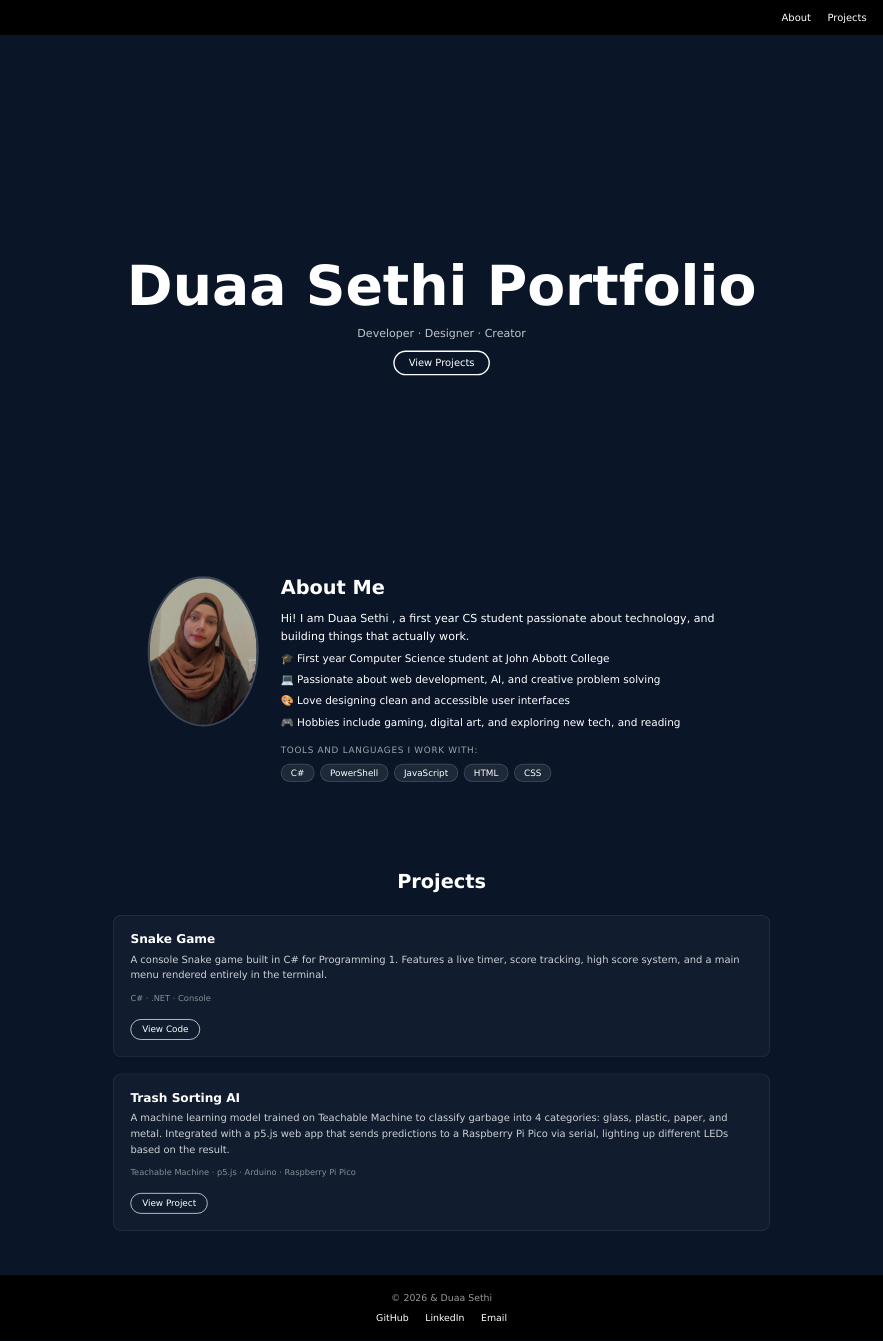
Repository: Duaa-Sethi/Duaa-Sethi
Page: index.html
The author's editor kept a copy of each file at every save. The page is drawn from the files as they stood at one save, then again after the next save.
The browser window is 1280 px wide. The pictures show the whole page, at 69% of full size.
Some web fonts or font styles are not loaded; a fallback is used.

Above is the page before, as saved 2026-05-06 13:25:43.

After the next save:
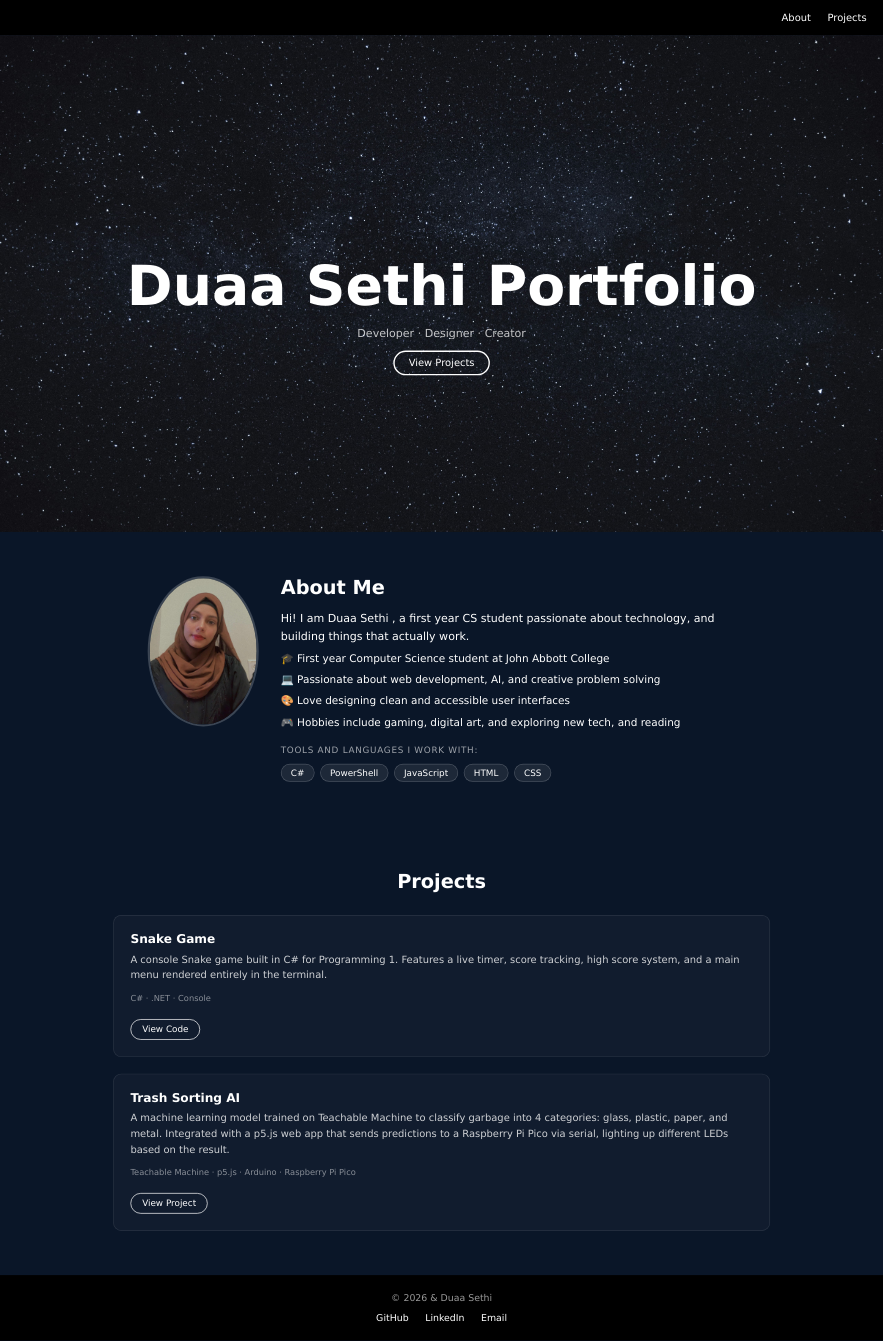
Saved 2 min 21 s later.
--- a/styles/index.css
+++ b/styles/index.css
@@ -56,7 +56,7 @@ nav ul li a {
   padding: 2rem 1.5rem;
 
   /* dont memorize, copy paste background defs */
-  background-image: url(../assets/images/kai-pilger-Ef6iL87-vOA-unsplash.jpg)  /* my pictures miss alt */
+  background-image: url(../assets/images/kai-pilger-Ef6iL87-vOA-unsplash.jpg); /* my pictures miss alt */
   background-size: cover;
   background-position: center;
   background-repeat: no-repeat;
